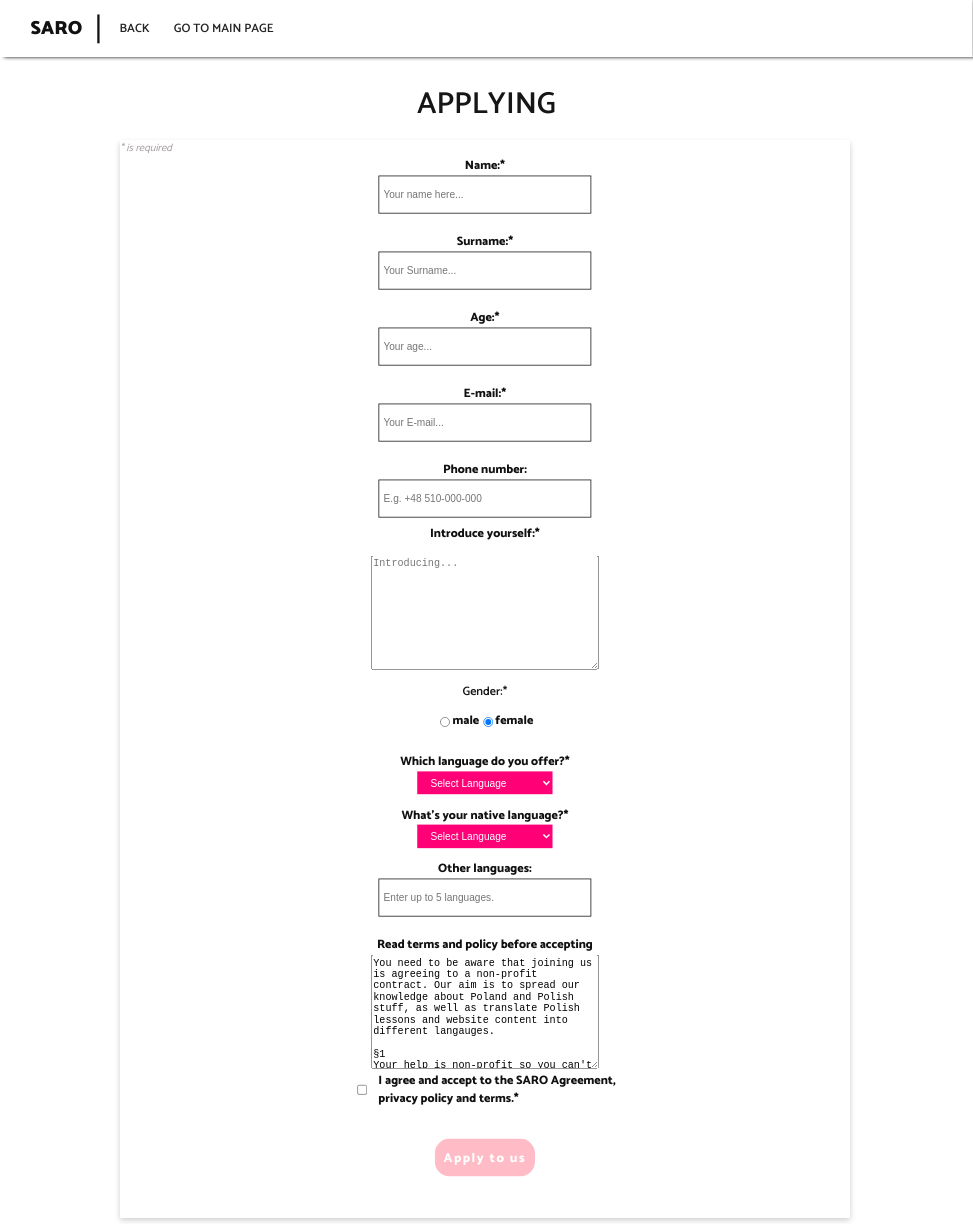
Repository: michalskirobert/SARO
Page: join/index.html
An editor plug-in stored every save of this project. The page is shown before and after the next save, followed by the edit.
The browser window is 1280 px wide. The pictures show the whole page, at 76% of full size.

Above is the page before, as saved 2020-10-30 14:32:54.

After the next save:
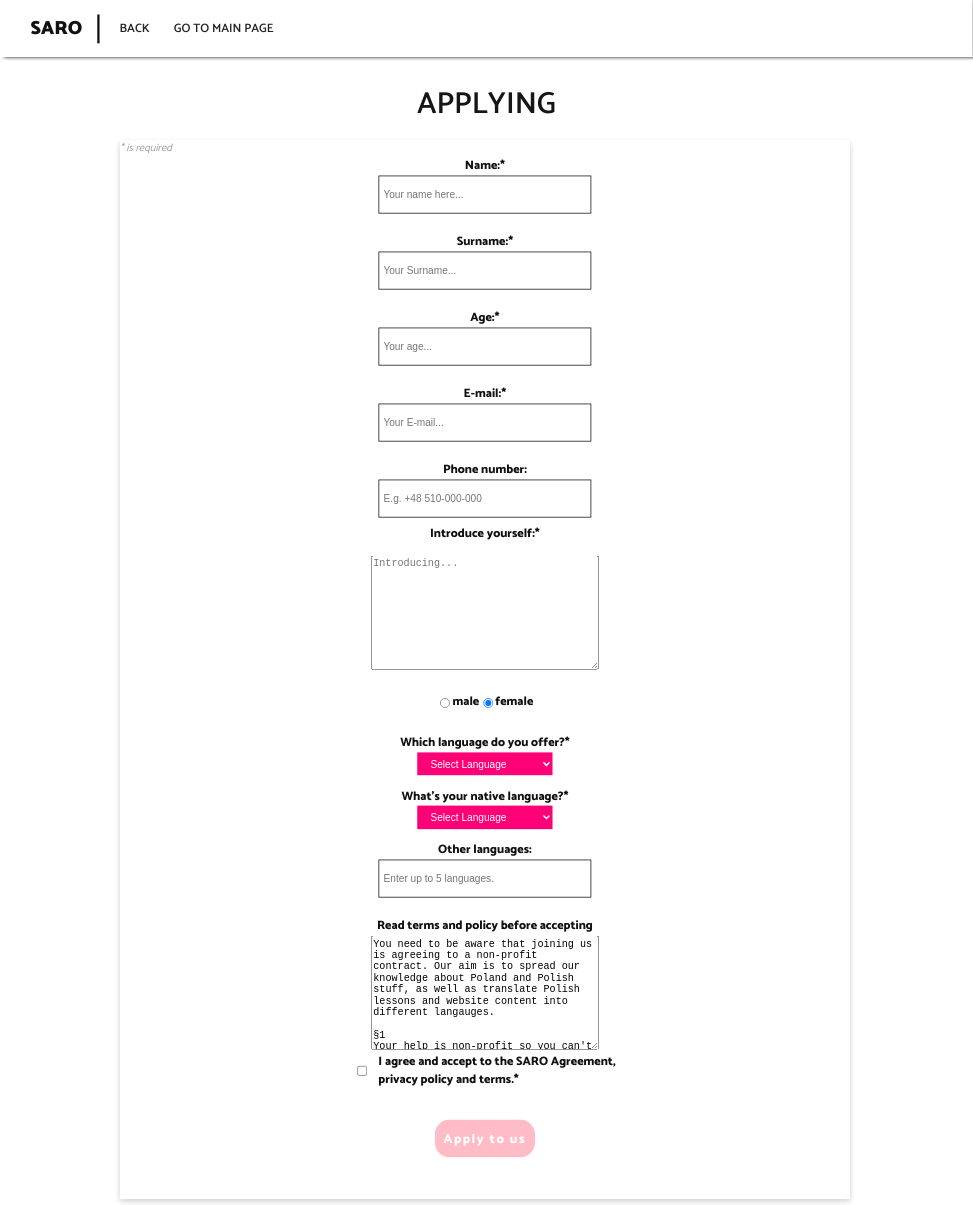
Saved 33 s later.
--- a/join/index.html
+++ b/join/index.html
@@ -97,7 +97,6 @@
                                             <textarea name="message" id="message" placeholder="Introducing..." row="4"
                                                 required></textarea>
                                             <br>
-                                            <p>Gender:*</p>
                                             <div class="gender__container" style="width: 100%;">
                                             <input type="radio" id="male" name="gender" value="male" checked>
                                             <label for="male">male</label>
